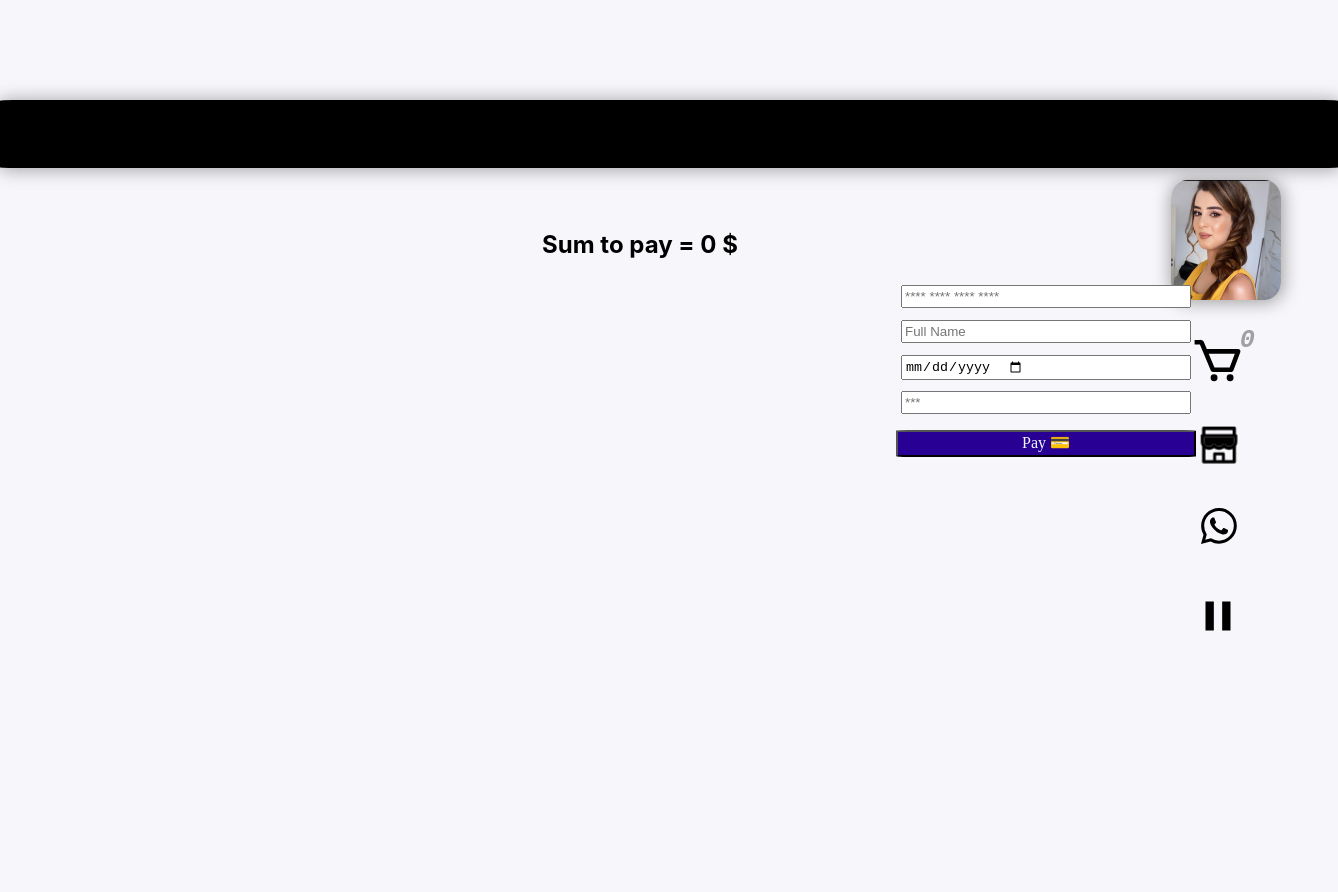
Repository: rehamAbass/BeautyCareShop
Page: /, after clicking the first element matching `svg.cartIcon`
These files come from the project's save history. The page is drawn as it stood at one moment and after the next save; the edit follows.
The browser window is 1280 px wide. The page is 1338 px wide, so the pictures cover 1338 px, including what lies to the right of the window. The pictures show the whole page.
The page's requests for data from a server got no answer. Some web fonts or font styles are not loaded; a fallback is used. The project was rebuilt for these pictures with package versions that can differ from the ones it lists, and the page was loaded fresh each time. No one was signed in, and anything a server would have sent is missing. Also part of the build but not shown: src/components/allProducts/card-list.css, src/components/allProducts/prod/card.css, src/components/allProducts/prod/card.component.jsx, src/components/search-box/search-box.css, src/components/myCart/cartProduct/cartProduct.css, src/components/myCart/cartProduct/cartProduct.jsx. Imported but missing from the stored project, and not drawn on this page: src/components/header/music/ed.mp3.

Above is the page before, as saved 2022-06-08 17:24:35.

After the next save:
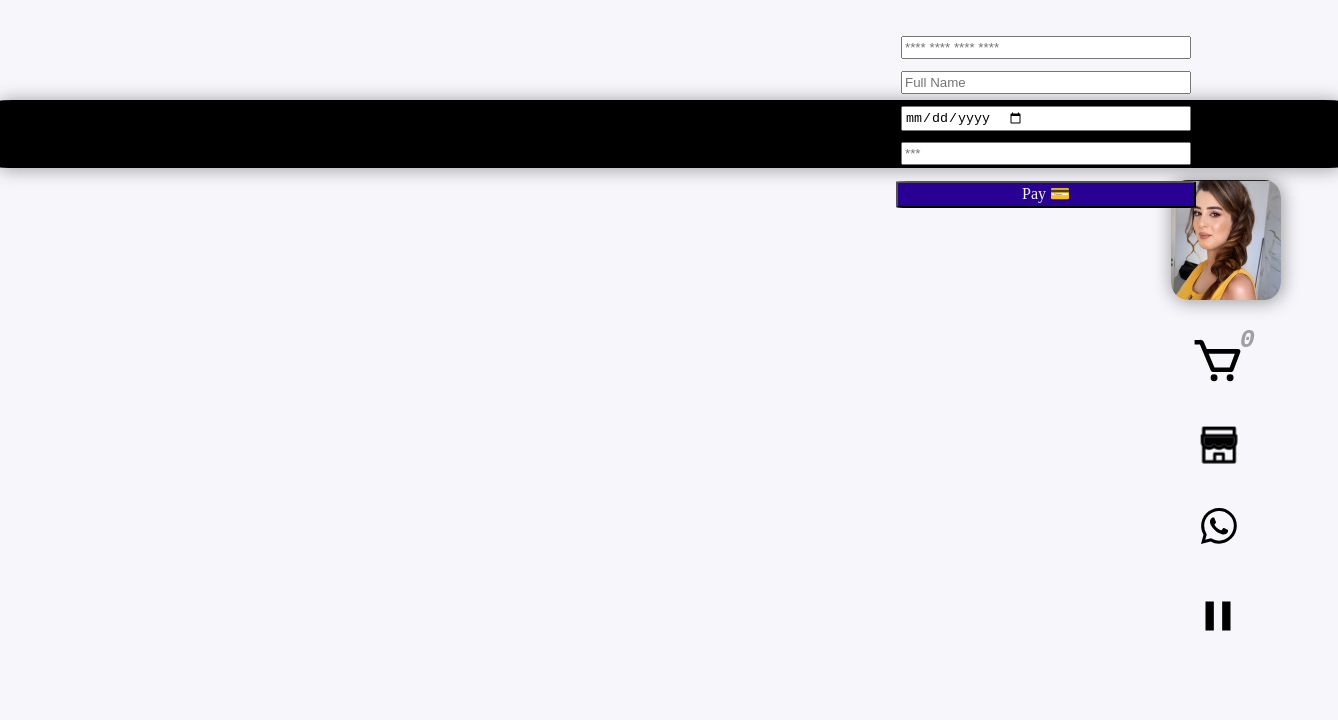
Saved 73 s later.
--- a/src/components/myCart/myCart.jsx
+++ b/src/components/myCart/myCart.jsx
@@ -15,9 +15,6 @@ const Cart = ({ sum, group, addProduct, deleteProduct, decreaseProduct  , handle
             //--------------------------------------
     return (
         <div className='allComp' >
-              <h2 className='sum'> Sum to pay =  { sum } $ </h2>
-
-
 
                  {(paid === false)&&
                  <Pay
